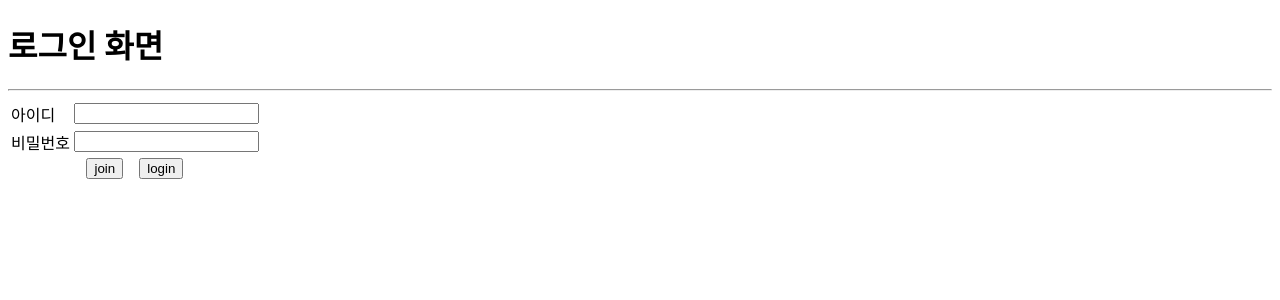
Repository: chuni90/bigdata
Page: http://localhost/tutorial_03/view/login.jsp
The author's editor kept a copy of each file at every save. The page is drawn from the files as they stood at one save, then again after the next save.
The browser window is 1280 px wide. The pictures show the whole page.
The page is served by Tomcat 9. Other server files are loaded and not shown.

Above is the page before, as saved 2019-09-24 02:33:34.

### 2. Java DB/Oracle/tutorial_03/WebContent/view/login.jsp
<%@ page language="java" contentType="text/html; charset=UTF-8"
    pageEncoding="UTF-8"%>
<!DOCTYPE html PUBLIC "-//W3C//DTD HTML 4.01 Transitional//EN" "http://www.w3.org/TR/html4/loose.dtd">
<html>
	<head>
		<meta http-equiv="Content-Type" content="text/html; charset=UTF-8">
		<title>Insert title here</title>
	</head>
	<body>
		<h1>로그인 화면</h1><hr>
		<form action = "login_pro.jsp" method="post">
			<table>
				<tr>
					<td>아이디</td>
					<td><input type="text" name="id"/></td>
				</tr>
				<tr>
					<td>비밀번호</td>
					<td><input type="password" name="pass"/></td>
				</tr>
				<tr align = "center">
					<!-- colspan="2"는 2칸을 1칸으로 합친 다는 의미 -->
					<td colspan="2"><input type="button" value = "join" onclick="join.jsp"/>
					&nbsp;&nbsp;&nbsp;<input type="submit" value = "login"/></td>
				</tr>
			</table>

		</form>

	</body>
</html>

After the next save:
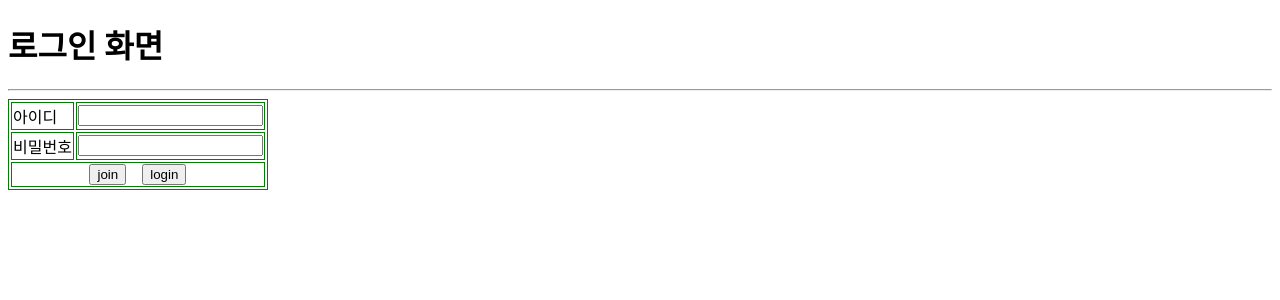
Saved 36 s later.
--- a/2. Java DB/Oracle/tutorial_03/WebContent/view/login.jsp
+++ b/2. Java DB/Oracle/tutorial_03/WebContent/view/login.jsp
@@ -9,7 +9,7 @@
 	<body>
 		<h1>로그인 화면</h1><hr>
 		<form action = "login_pro.jsp" method="post">
-			<table>
+			<table border="1"  bordercolor="green">
 				<tr>
 					<td>아이디</td>
 					<td><input type="text" name="id"/></td>
